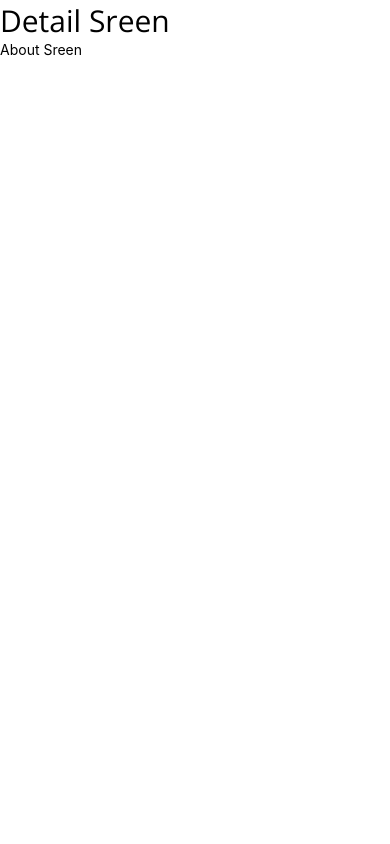
Repository: Ducbii4202/React-Native
Screen: /
The author's editor kept a copy of each file at every save. The screen is drawn from the files as they stood at one save, then again after the next save.
The app was drawn by React Native's web renderer in a window 390 px wide. The project was rebuilt for these pictures with package versions that can differ from the ones it lists, and the page was loaded fresh each time. Some packages were replaced by stand-ins written for this rebuild.

Above is the screen before, as saved 2024-09-22 19:45:35.

After the next save:
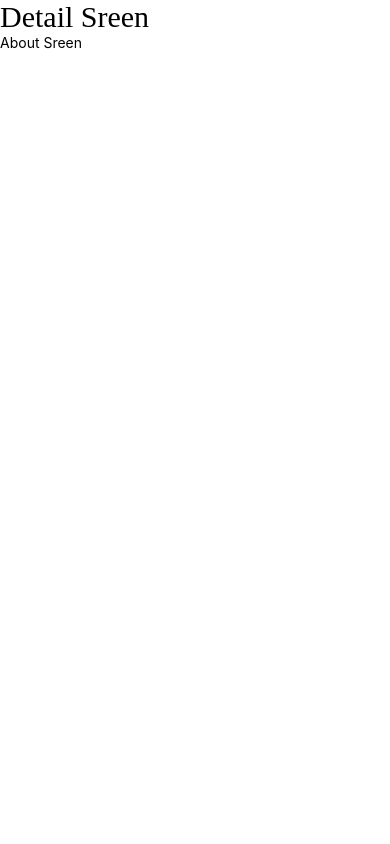
Saved 25 s later.
--- a/App.tsx
+++ b/App.tsx
@@ -15,7 +15,7 @@
 
 const App = () => {
     const [loaded, error] = useFonts({
-    'OpenSans-Regular': require('./assets/fonts/OpenSans-Regular.ttf'),
+    OPENSAN_REGULAR: require('./assets/fonts/OpenSans-Regular.ttf'),
     });
 
     useEffect(() => {

After the save that followed:
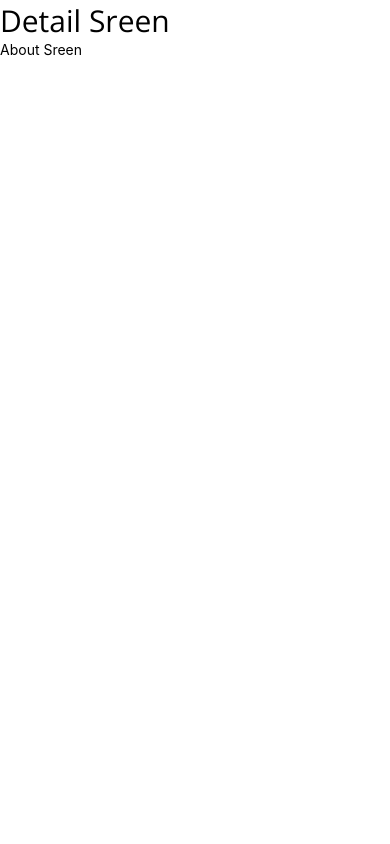
Saved 2 min 28 s later.
--- a/App.tsx
+++ b/App.tsx
@@ -8,6 +8,7 @@
 import { useFonts } from 'expo-font';
 import * as SplashScreen from 'expo-splash-screen';
 import { useEffect } from 'react';
+import { OPENSAN_REGULAR } from './utils/const';
 
 
 SplashScreen.preventAutoHideAsync();
@@ -15,7 +16,7 @@
 
 const App = () => {
     const [loaded, error] = useFonts({
-    OPENSAN_REGULAR: require('./assets/fonts/OpenSans-Regular.ttf'),
+    [OPENSAN_REGULAR]: require('./assets/fonts/OpenSans-Regular.ttf'),
     });
 
     useEffect(() => {
